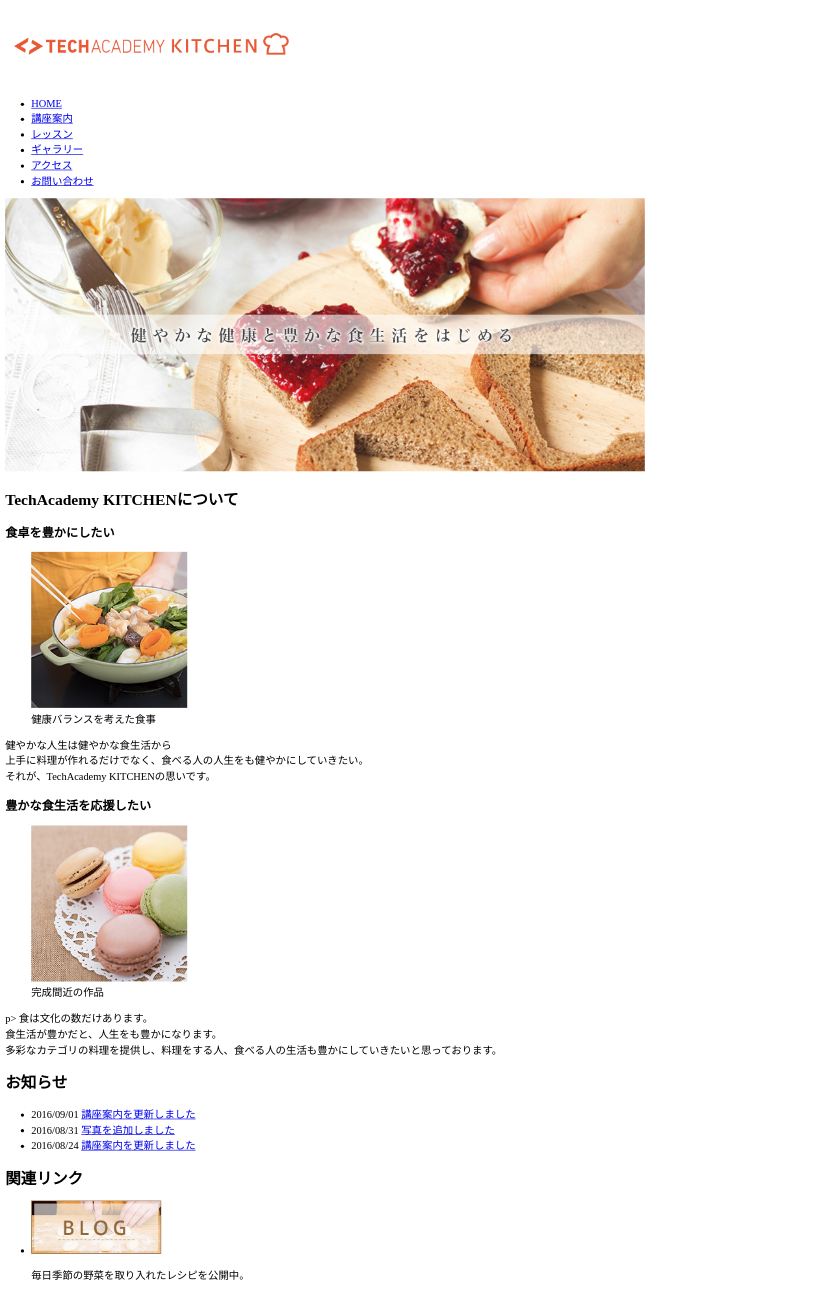
Repository: okugo/kadai-tasklist
Page: kitchen.html
The author's editor kept a record of every edit. The page is drawn from the files as they stood at one moment, then again after the next edit.
The browser window is 1280 px wide. The pictures show the whole page, at 65% of full size.

Above is the page before.

### kitchen.html
<!DOCTYPE html>
<html lang="ja">
    <head>
        <meta charset="UTF-8">
        <title>TechAcademy KITCHEN</title>
    </head>
    <body>
        <!--ここからヘッダー-->
        <header>
            <h1>
                <a href="kitchin.html"><img src="images_kitchen/logo.png" alt="TechAcademy KITCHEN"></a>
            </h1>
            <nav id="global_navi">
                <ul>
                    <li class="current"><a href="kitchen.html">HOME</a></li>
                    <li><a href="course.html">講座案内</a></li>
                    <li><a href="lesson.html">レッスン</a></li>
                    <li><a href="gallery.html">ギャラリー</a></li>
                    <li><a href="access.html">アクセス</a></li>
                    <li><a href="contact.html">お問い合わせ</a></li>
                </ul>
            </nav>
        </header>
        <!--ヘッダーここまで-->
        <!--ここからメインビジュアル画像-->
        <div id="main_visual">
            <img src="images_kitchen/main_visual.jpg" alt="健やかな健康と豊かな食生活をはじめる">
        </div>
        <!--メインビジュアル画像ここまで-->
        <!--ここからwrapperー-->
        <div id="wrapper">
            <!--ここからメイン-->
            <div id="main">
                <section id="point">
                    <h2>TechAcademy KITCHENについて</h2>
                    <section>
                        <h3>食卓を豊かにしたい</h3>
                        <figure>
                            <img src="images_kitchen/photo01.jpg" alt="TechAcademy KITCHENについて1">
                            <figcaption>健康バランスを考えた食事</figcaption>
                        </figure>
                        <p>
                            健やかな人生は健やかな食生活から<br>
                            上手に料理が作れるだけでなく、食べる人の人生をも健やかにしていきたい。<br>
                            それが、TechAcademy KITCHENの思いです。
                        </p>
                    </section>
                    <section>
                        <h3>豊かな食生活を応援したい</h3>
                        <figure>
                            <img src="images_kitchen/photo02.jpg" alt="TechAcademy KITCHENについて2">
                            <figcaption>完成間近の作品</figcaption>
                        </figure>
                        p>
                            食は文化の数だけあります。<br>
                            食生活が豊かだと、人生をも豊かになります。 <br>
                            多彩なカテゴリの料理を提供し、料理をする人、食べる人の生活も豊かにしていきたいと思っております。
                        </p>
                    </section>
                </section>
                <section id="news">
                    <h2>お知らせ</h2>
                    <ul>
                        <li>
                            <span>2016/09/01</span>
                            <a href="course.html">講座案内を更新しました</a>
                        </li>
                        <li>
                            <span>2016/08/31</span>
                            <a href="gallery.html">写真を追加しました</a>
                        </li>
                        <li>
                            <span>2016/08/24</span>
                            <a href="course.html">講座案内を更新しました</a>
                        </li>
                    </ul>
                </section>
            </div>
            <!--メインここまで-->
            <!--ここからサイド-->
            <aside id="sidebar">
                <section id="side_banner">
                    <h2>関連リンク</h2>
                    <ul>
                        <li>
                            <a href="https://techacademy.jp/magazine/" target="_blank"><img src="images_kitchen/banner01.jpg" alt="ブログ"></a>
                            <p>毎日季節の野菜を取り入れたレシピを公開中。</p>
                        </li>
                    </ul>
                </section>
            </aside>
            <!--サイドここまで-->
        </div>
        <!--wrapperここまで-->
        <!--ここからフッター-->
        <footer>
        </footer>
        <!--フッターここまで-->
    </body>
</html>

After the next edit:
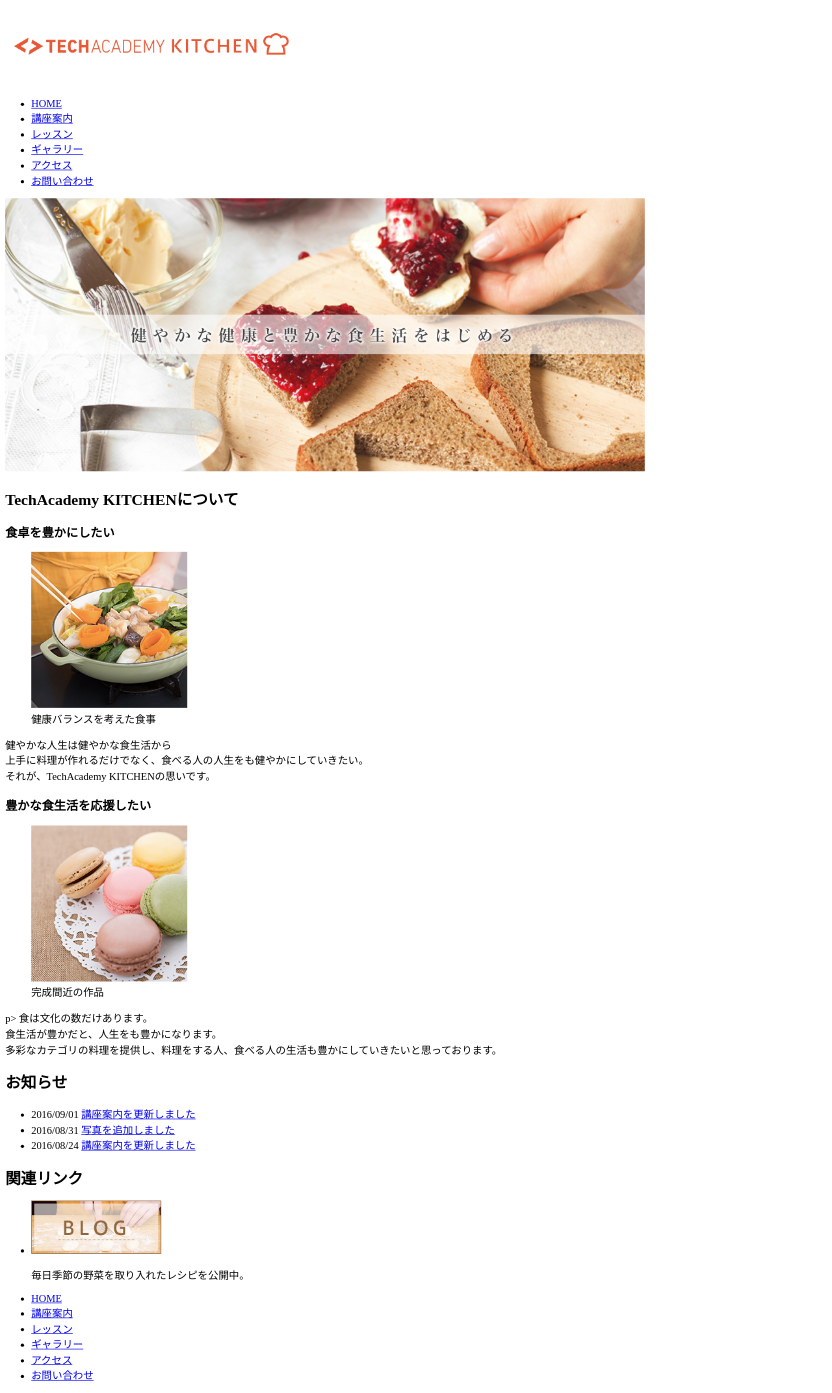
The edit:
--- a/kitchen.html
+++ b/kitchen.html
@@ -94,6 +94,16 @@
         <!--wrapperここまで-->
         <!--ここからフッター-->
         <footer>
+            <div id="footer_navi">
+                <ul>
+                    <li><a href="kitchen.html">HOME</a></li>
+                    <li><a href="course.html">講座案内</a></li>
+                    <li><a href="lesson.html">レッスン</a></li>
+                    <li><a href="gallery.html">ギャラリー</a></li>
+                    <li><a href="access.html">アクセス</a></li>
+                    <li><a href="contact.html">お問い合わせ</a></li>
+                </ul>
+            </div>
         </footer>
         <!--フッターここまで-->
     </body>
